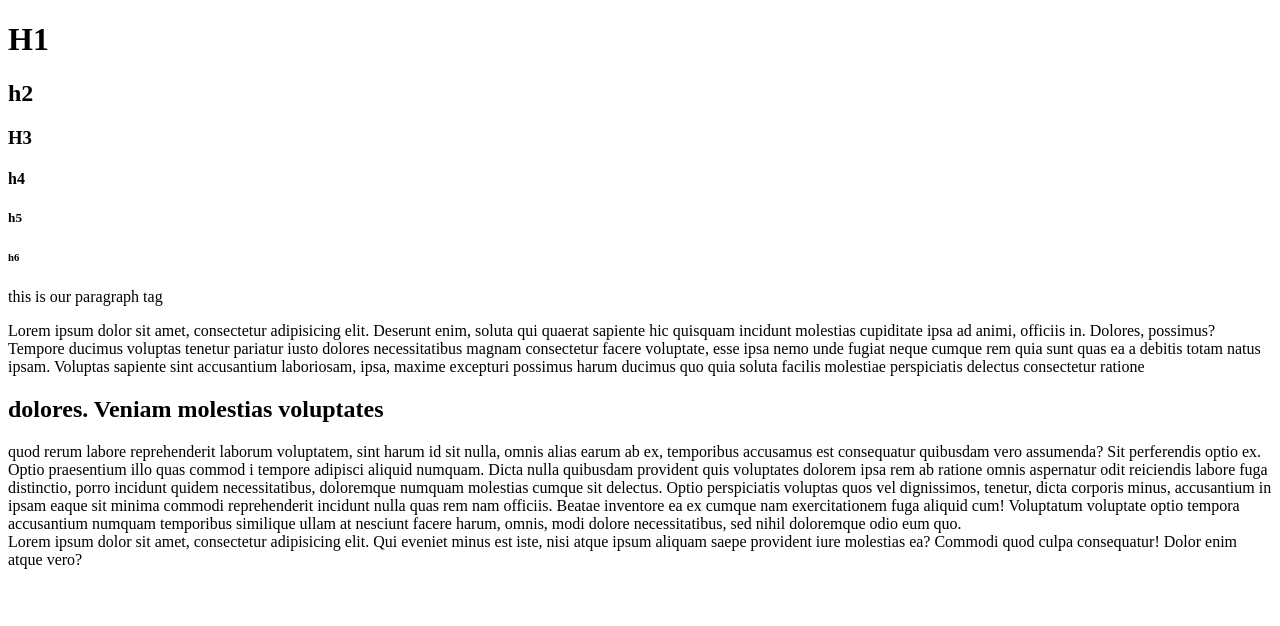
Repository: Ifenna-Pascal/firstRepo
Page: index.html
These files come from the project's save history. The page is drawn as it stood at one moment and after the next save; the edit follows.
The browser window is 1280 px wide. The pictures show the whole page.

Above is the page before, as saved 2023-07-14 11:54:44.

After the next save:
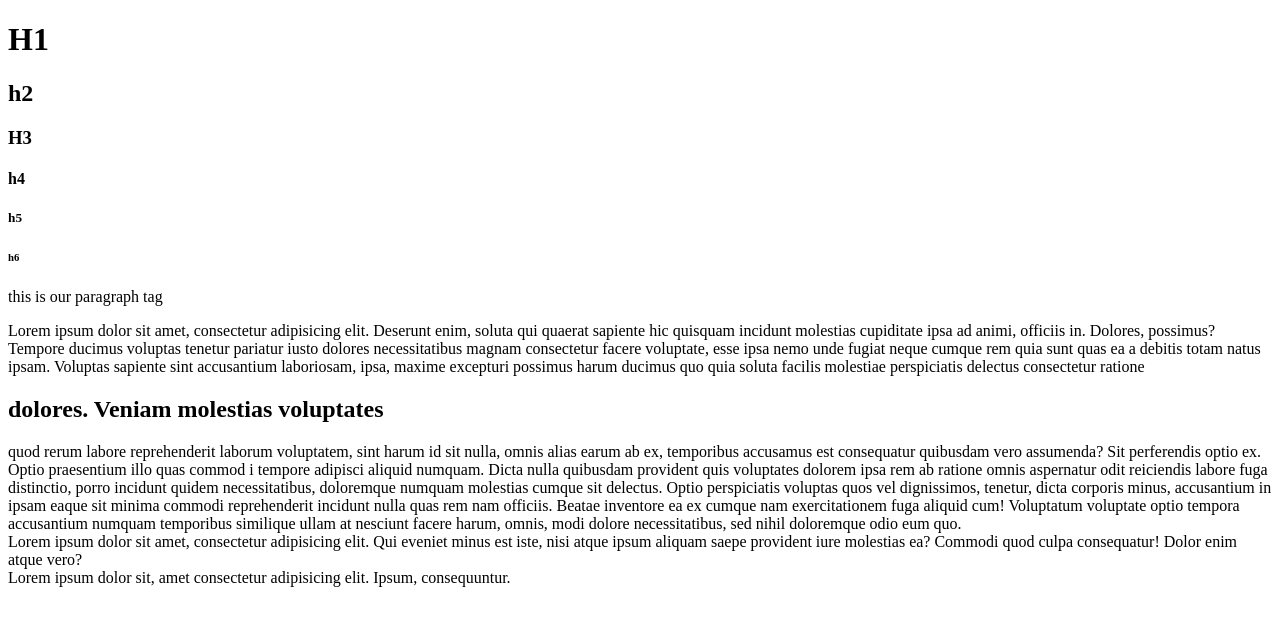
Saved 2 min 59 s later.
--- a/index.html
+++ b/index.html
@@ -35,6 +35,6 @@
     <section>
 
     </section>
-    <span></span>
+    <span>Lorem ipsum dolor sit, amet consectetur adipisicing elit. Ipsum, consequuntur.</span>
 </body>
 </html>
